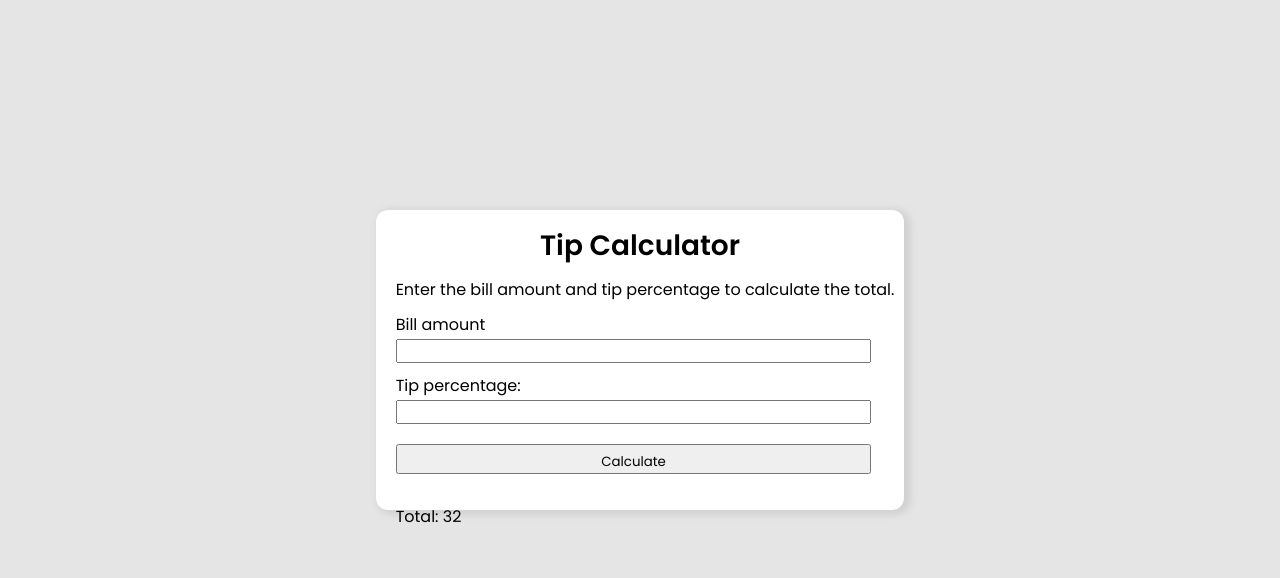
Repository: Ankitkr2021/Tip-Calculator
Page: index.html
An editor plug-in stored every save of this project. The page is shown before and after the next save, followed by the edit.
The browser window is 1280 px wide. The pictures show the whole page.

Above is the page before, as saved 2025-10-27 10:55:30.

After the next save:
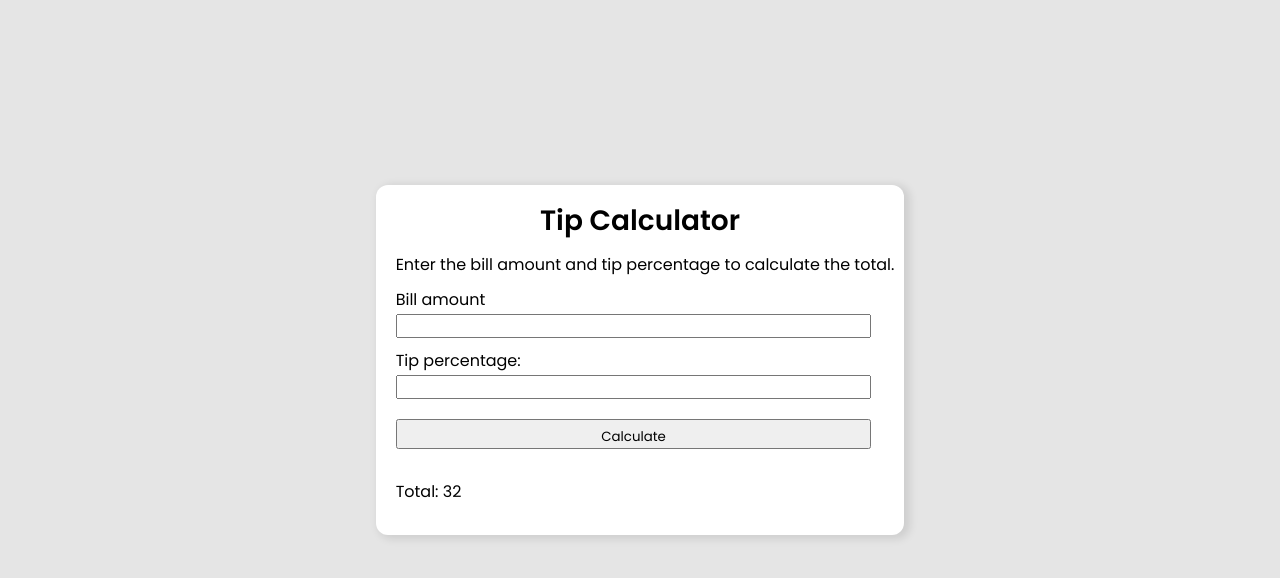
Saved 8 s later.
--- a/style.css
+++ b/style.css
@@ -18,7 +18,7 @@ body {
 
 .box {
     background: #fff;
-    height: 300px;
+    height: 350px;
     box-shadow: 4px 2px 8px 2px rgba(0,0,0,0.1);
     border-radius: 12px;
 }
